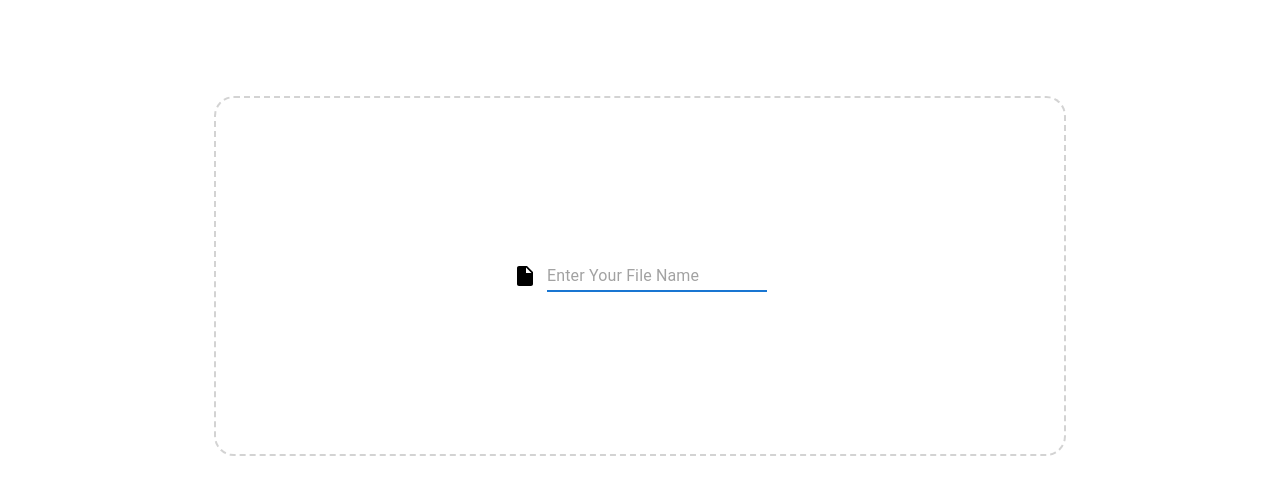
Repository: BhushanPatil-121/pdf-upload-nextjs
Page: /
These files come from the project's save history. The page is drawn as it stood at one moment and after a run of saves; the edit follows.
The browser window is 1280 px wide. The pictures show the whole page.
The project was rebuilt for these pictures with package versions that can differ from the ones it lists, and the page was loaded fresh each time. The framework's server and built-in components were replaced by stand-ins that run in the browser. Also part of the build but not shown: next.config.mjs.

Above is the page before, as saved 2024-02-29 11:35:15.

After the next 4 saves:
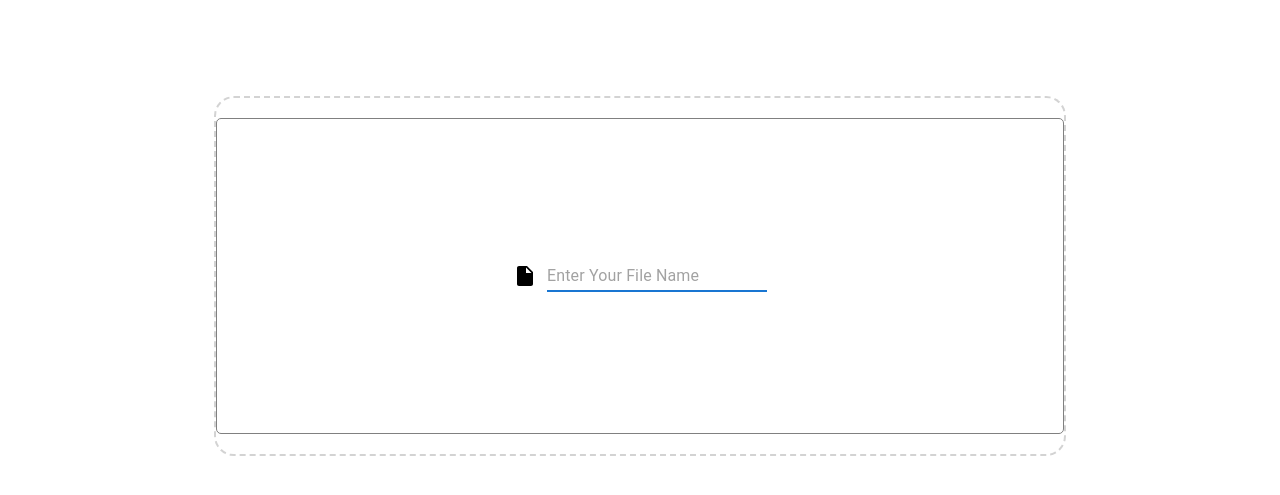
The 4 saves are shown as one change because they came seconds apart.
The last was saved 51 s later.
--- a/src/app/page.tsx
+++ b/src/app/page.tsx
@@ -48,6 +48,7 @@ export default function Home() {
       <Container maxWidth="md">
         <Box  className={styles.mainContainer }
         sx={{  height: '50vh' }}>
+           <div className={styles.mainFormContainer}>
            <div className={styles.mainFormSubContainer1}>
               <InsertDriveFileIcon />
               <Box >
@@ -61,6 +62,7 @@ export default function Home() {
                 variant="standard" />
               </Box>
             </div>
+            </div>
         </Box>
       </Container>
     </main>
